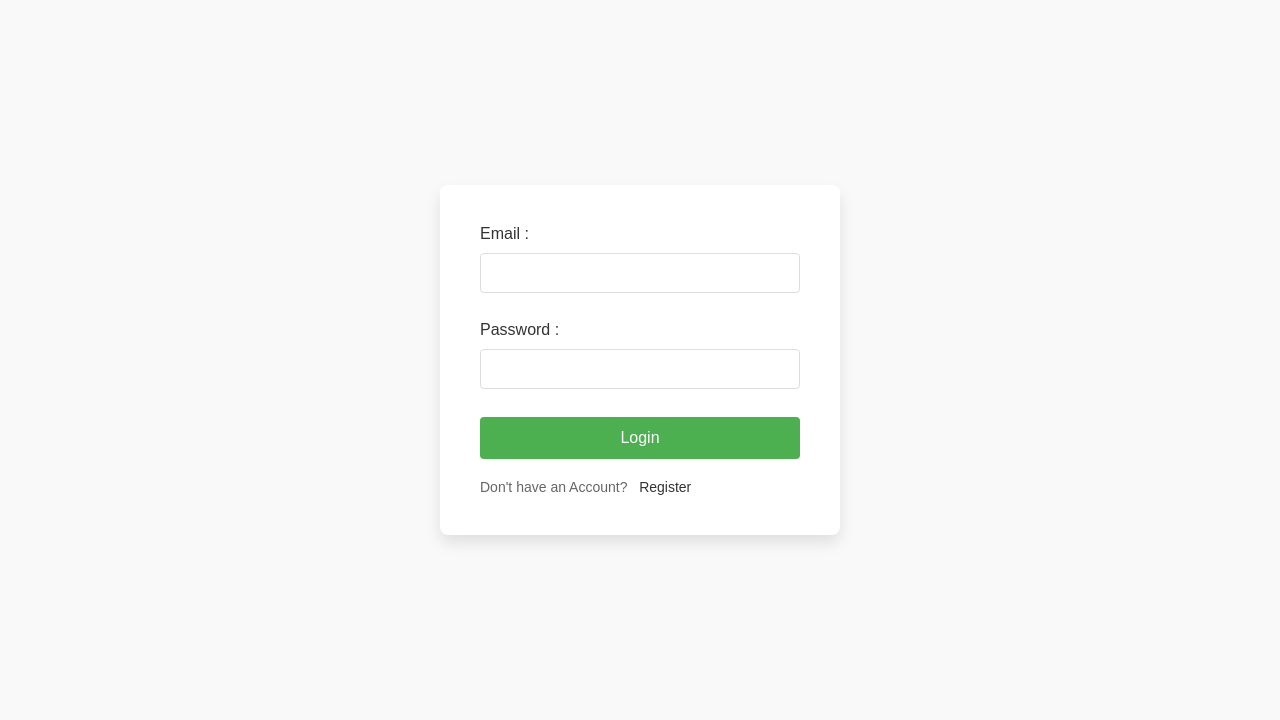
Repository: Sujith-B-S/Food-Application
Page: http://localhost/FoodApplication/login.jsp
These files come from the project's save history. The page is drawn as it stood at one moment and after the next save; the edit follows.
The browser window is 1280 px wide. The pictures show the whole page.
The page is served by Tomcat 9.

Above is the page before, as saved 2024-11-13 11:39:54.

After the next save:
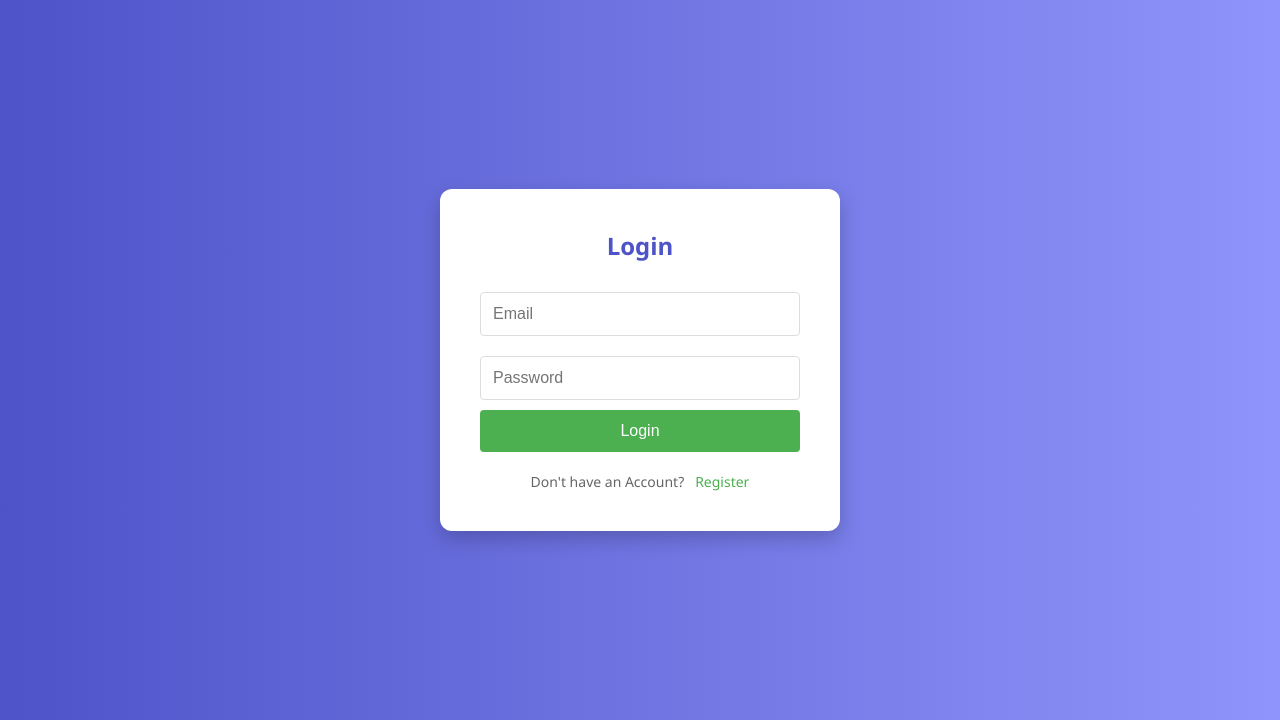
Saved 2 min 14 s later.
--- a/FoodApplication/src/main/webapp/login.jsp
+++ b/FoodApplication/src/main/webapp/login.jsp
@@ -17,8 +17,8 @@
         justify-content: center;
         align-items: center;
         height: 100vh;
-        font-family: Arial, sans-serif;
-        background-color: #f9f9f9;
+        font-family: 'Segoe UI', Tahoma, Geneva, Verdana, sans-serif;
+        background: linear-gradient(to right, #4e54c8, #8f94fb);
         color: #333;
         transition: opacity 0.5s ease;
     }
@@ -34,19 +34,32 @@
         background-color: white;
         padding: 40px;
         width: 400px;
-        box-shadow: 0px 8px 15px rgba(0, 0, 0, 0.1);
-        border-radius: 8px;
+        box-shadow: 0px 8px 20px rgba(0, 0, 0, 0.2);
+        border-radius: 12px;
+        text-align: center;
+    }
+
+    h2 {
+        margin-bottom: 20px;
+        color: #4e54c8;
     }
 
     /* Form Fields */
     input[type="text"],
     input[type="password"] {
         width: 100%;
-        padding: 10px;
+        padding: 12px;
         margin: 10px 0;
         border: 1px solid #ddd;
         border-radius: 4px;
         font-size: 16px;
+        transition: border-color 0.3s ease;
+    }
+
+    input[type="text"]:focus,
+    input[type="password"]:focus {
+        border-color: #4e54c8;
+        outline: none;
     }
 
     /* Submit Button */
@@ -59,11 +72,12 @@
         font-size: 16px;
         border-radius: 4px;
         cursor: pointer;
-        transition: background-color 0.3s ease;
+        transition: background-color 0.3s ease, transform 0.2s ease;
     }
 
     input[type="submit"]:hover {
         background-color: #45a049;
+        transform: translateY(-2px);
     }
 
     /* Register Link Animation */
@@ -74,13 +88,13 @@
     }
 
     .footer-text a {
-        color: #333;
+        color: #4CAF50;
         text-decoration: none;
         transition: color 0.3s ease;
     }
 
     .footer-text a:hover {
-        color: #4CAF50;
+        color: #45a049;
     }
 </style>
 <script>
@@ -96,9 +110,10 @@
 <body>
 
 <div class="login-container">
+    <h2>Login</h2>
     <form action="login" method="POST">
-        Email : <input type="text" name="email" required><br><br>
-        Password : <input type="password" name="pwd" required><br><br>
+        <input type="text" name="email" placeholder="Email" required><br>
+        <input type="password" name="pwd" placeholder="Password" required><br>
         <input type="submit" value="Login">
     </form>
 
